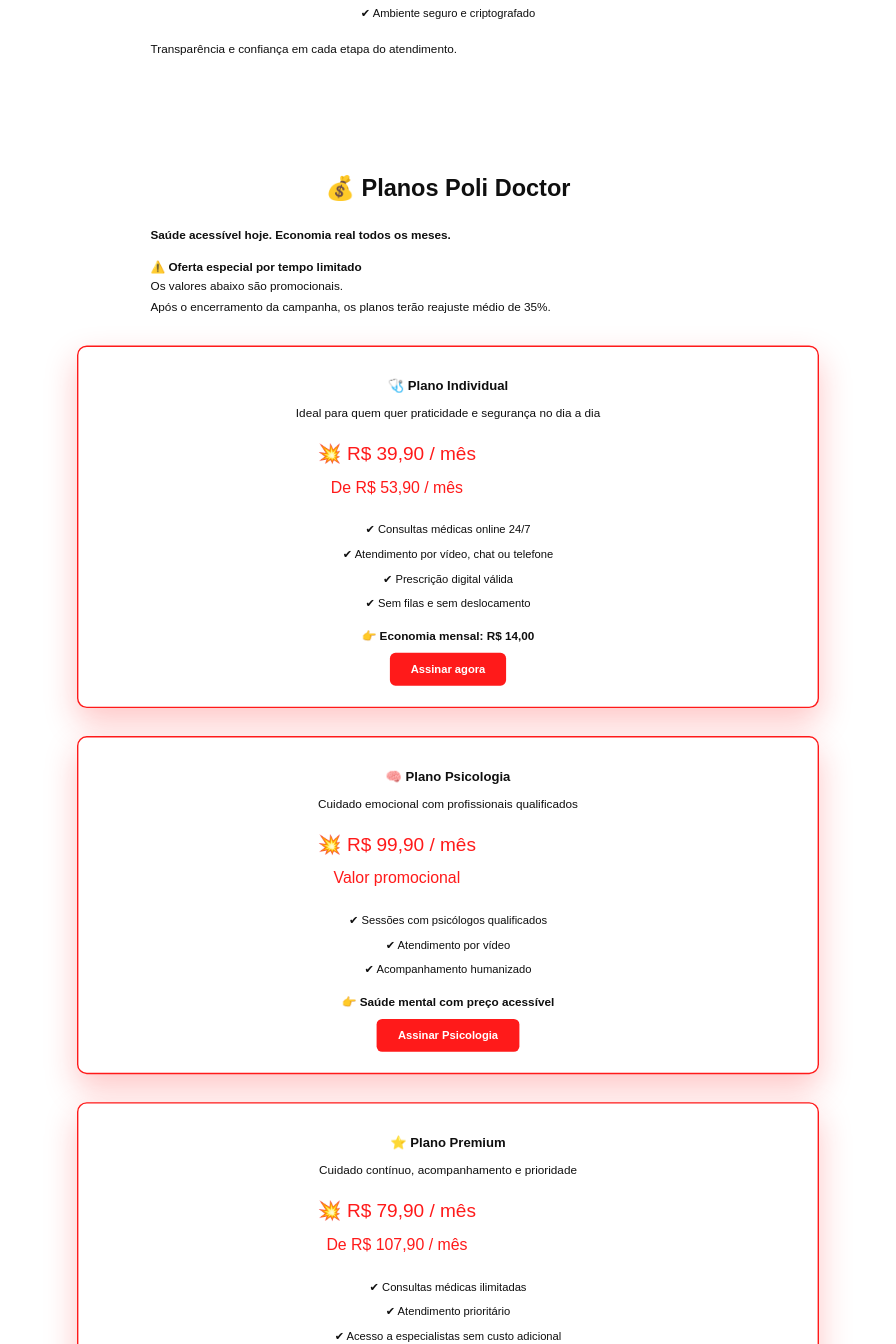
Repository: RenSkywalker/poli-doctor-landing
Page: index.html
These files come from the project's save history. The page is drawn as it stood at one moment and after the next save; the edit follows.
The browser window is 1280 px wide. The pictures show the part of the page from y = 3362 to 5282 px (the page is 7938 px tall before and 8261 px after), at 70% of full size.
A picture or video elsewhere on the page could not be fetched, so the positions and the page height are approximate.

Above is the page before, as saved 2026-01-09 17:44:41.

### index.html
<!DOCTYPE html>
<html lang="pt-BR">
<head>
  <meta charset="UTF-8">
  <title>Poli Doctor | Consulta médica de verdade</title>
  <meta name="viewport" content="width=device-width, initial-scale=1.0">
  <meta name="description" content="Consulta médica de verdade. Sem filas. Sem burocracia. Atendimento humano, rápido e seguro.">

  <link rel="icon" href="favicon.ico">
  <link rel="stylesheet" href="css/style.css">
</head>

<body>

<!-- HERO -->
<header class="hero">
  <div class="container">

    <img src="assets/images/logo-principal.png" alt="Poli Doctor" class="logo-topo">

    <h1>Consulta médica de verdade.<br>Sem filas. Sem burocracia.</h1>

    <p>
      Fale com um médico qualificado em minutos, onde você estiver.<br>
      Atendimento online por vídeo, chat ou telefone — com prescrição digital,
      pedidos de exames e total segurança dos seus dados.
    </p>

    <p><strong>👉 Comece agora e cuide da sua saúde com quem realmente cuida.</strong></p>

    <div class="hero-buttons">
      <a href="#planos" class="btn primary">Comece agora</a>
      <a href="#como-funciona" class="btn outline">Como funciona</a>
    </div>

  </div>
</header>

<section class="imagem-destaque">
  <div class="container imagem-grid">
    <img src="assets/images/medico-consulta.jpg" alt="Consulta médica online">
    <img src="assets/images/telemedicina.jpg" alt="Telemedicina humanizada">
  </div>
</section>


<!-- POR QUE EXISTE -->
<section>
  <div class="container">
    <h2>🚀 Por que a Poli Doctor existe?</h2>

    <p>Porque saúde não pode esperar.</p>
    <p>Porque filas não curam.</p>
    <p>Porque deslocamento não deveria ser um obstáculo.</p>

    <p>
      A Poli Doctor nasceu para simplificar o acesso à saúde, conectando pessoas
      a médicos reais, com rapidez, ética e humanização — usando tecnologia para
      aproximar, não para complicar.
    </p>
  </div>
</section>

<!-- ATENDIMENTO RÁPIDO -->
<section class="beneficios">
  <div class="container">
    <h2>⏱️ Atendimento rápido quando você precisa</h2>

    <ul>
      <li>✔ Consulta médica em até 15 minutos*</li>
      <li>✔ Atendimento 24 horas por dia, 7 dias por semana</li>
      <li>✔ Sem filas, sem espera, sem deslocamento</li>
      <li>✔ Atendimento de onde você estiver</li>
    </ul>

    <small>*Em horário comercial. Fora dele, agendamento no mesmo dia.</small>
  </div>
</section>

<!-- MÉDICOS -->
<section>
  <div class="container">
    <h2>👨‍⚕️ Médicos qualificados. Atendimento humano.</h2>

    <p>
      Aqui você não fala com robôs nem com centrais genéricas.<br>
      Você fala com médicos habilitados, preparados para ouvir,
      orientar, prescrever e acompanhar.
    </p>

    <ul>
      <li>✔ Médicos e especialistas qualificados</li>
      <li>✔ Atendimento ético e responsável</li>
      <li>✔ Prescrição digital válida em todo o Brasil</li>
      <li>✔ Solicitação de exames quando necessário</li>
    </ul>
  </div>
</section>

<!-- COMO FUNCIONA -->
<section id="como-funciona">
  <div class="container">
    <h2>📱 Como funciona?</h2>

    <p><strong>1️⃣ Escolha o atendimento</strong><br>
      Vídeo, chat ou telefone — do jeito mais confortável para você.
    </p>

    <p><strong>2️⃣ Fale com um médico</strong><br>
      Atendimento direto, humano e sem burocracia.
    </p>

    <p><strong>3️⃣ Receba tudo digitalmente</strong><br>
      Receitas, exames e orientações ficam no seu histórico médico online.
    </p>

    <p><strong>Simples. Seguro. E eficiente.</strong></p>
  </div>
</section>

<!-- SEGURANÇA -->
<section class="seguranca">
  <div class="container">
    <h2>🔒 Segurança, privacidade e confiança</h2>

    <p>Sua saúde é coisa séria — e seus dados também.</p>

    <ul>
      <li>✔ Plataforma em conformidade com a LGPD</li>
      <li>✔ Sigilo médico garantido</li>
      <li>✔ Prontuário digital protegido</li>
      <li>✔ Ambiente seguro e criptografado</li>
    </ul>

    <p>Transparência e confiança em cada etapa do atendimento.</p>
  </div>
</section>

<!-- PLANOS -->
<section id="planos" class="planos">
  <div class="container">
    <h2>💰 Planos Poli Doctor</h2>

    <p><strong>Saúde acessível hoje. Economia real todos os meses.</strong></p>

    <p>
      <strong>⚠️ Oferta especial por tempo limitado</strong><br>
      Os valores abaixo são promocionais.<br>
      Após o encerramento da campanha, os planos terão reajuste médio de 35%.
    </p>

    <!-- PLANO INDIVIDUAL -->
    <div class="plano destaque">
      <h3>🩺 Plano Individual</h3>
      <p>Ideal para quem quer praticidade e segurança no dia a dia</p>

      <p class="preco">💥 R$ 39,90 / mês<br><small>De R$ 53,90 / mês</small></p>

      <ul>
        <li>✔ Consultas médicas online 24/7</li>
        <li>✔ Atendimento por vídeo, chat ou telefone</li>
        <li>✔ Prescrição digital válida</li>
        <li>✔ Sem filas e sem deslocamento</li>
      </ul>

      <p><strong>👉 Economia mensal: R$ 14,00</strong></p>

      <a href="#" class="btn primary">Assinar agora</a>
    </div>

    <!-- PLANO PSICOLOGIA -->
    <div class="plano destaque">
      <h3>🧠 Plano Psicologia</h3>
      <p>Cuidado emocional com profissionais qualificados</p>

      <p class="preco">💥 R$ 99,90 / mês<br><small>Valor promocional</small></p>

      <ul>
        <li>✔ Sessões com psicólogos qualificados</li>
        <li>✔ Atendimento por vídeo</li>
        <li>✔ Acompanhamento humanizado</li>
      </ul>

      <p><strong>👉 Saúde mental com preço acessível</strong></p>

      <a href="#" class="btn primary">Assinar Psicologia</a>
    </div>

    <!-- PLANO PREMIUM -->
    <div class="plano destaque">
      <h3>⭐ Plano Premium</h3>
      <p>Cuidado contínuo, acompanhamento e prioridade</p>

      <p class="preco">💥 R$ 79,90 / mês<br><small>De R$ 107,90 / mês</small></p>

      <ul>
        <li>✔ Consultas médicas ilimitadas</li>
        <li>✔ Atendimento prioritário</li>
        <li>✔ Acesso a especialistas sem custo adicional</li>
        <li>✔ Histórico médico digital completo</li>
        <li>✔ Acompanhamento contínuo</li>
      </ul>

      <p><strong>👉 Economia mensal: R$ 28,00</strong></p>

      <a href="#" class="btn primary">Quero o Premium</a>
    </div>

    <!-- PLANO FAMÍLIA -->
    <div class="plano destaque">
      <h3>👨‍👩‍👧 Plano Família</h3>
      <p>Mais saúde para quem cuida de todos</p>

      <p class="preco">💥 R$ 69,90 / mês (até 4 pessoas)<br><small>De R$ 94,90 / mês</small></p>

      <ul>
        <li>✔ Consultas ilimitadas para até 4 pessoas</li>
        <li>✔ Atendimento 24/7</li>
        <li>✔ Prescrição e pedidos de exames digitais</li>
        <li>✔ Mais economia e mais conveniência</li>
      </ul>

      <p><strong>👉 Economia mensal: R$ 25,00</strong></p>

      <a href="#" class="btn primary">Assinar plano família</a>
    </div>

    <!-- PLANO FAMÍLIA PREMIUM -->
    <div class="plano destaque">
      <h3>👑 Plano Família Premium</h3>
      <p>O cuidado completo para toda a família</p>

      <p class="preco">💥 R$ 119,90 / mês (até 4 pessoas)<br><small>De R$ 161,90 / mês</small></p>

      <ul>
        <li>✔ Tudo do Plano Família</li>
        <li>✔ Atendimento prioritário</li>
        <li>✔ Especialistas incluídos</li>
        <li>✔ Histórico médico individual por membro</li>
        <li>✔ Cuidado integral e contínuo</li>
      </ul>

      <p><strong>👉 Economia mensal: R$ 42,00</strong></p>

      <a href="#" class="btn primary">Quero o plano completo</a>
    </div>

    <!-- TABELA COMPARATIVA -->
    <h3>📊 Comparação clara de valor</h3>

    <table border="1" cellpadding="10" cellspacing="0" width="100%">
      <tr>
        <th>Plano</th>
        <th>Valor Promocional</th>
        <th>Valor Fora da Oferta</th>
        <th>Economia</th>
      </tr>
      <tr>
        <td>Individual</td>
        <td>R$ 39,90</td>
        <td>R$ 53,90</td>
        <td>R$ 14,00</td>
      </tr>
      <tr>
        <td>Psicologia</td>
        <td>R$ 99,90</td>
        <td>—</td>
        <td>—</td>
      </tr>
      <tr>
        <td>Premium</td>
        <td>R$ 79,90</td>
        <td>R$ 107,90</td>
        <td>R$ 28,00</td>
      </tr>
      <tr>
        <td>Família</td>
        <td>R$ 69,90</td>
        <td>R$ 94,90</td>
        <td>R$ 25,00</td>
      </tr>
      <tr>
        <td>Família Premium</td>
        <td>R$ 119,90</td>
        <td>R$ 161,90</td>
        <td>R$ 42,00</td>
      </tr>
    </table>

    <p><strong>🔥 Atenção: condição por tempo limitado</strong><br>
      Ao encerrar esta campanha, os planos retornam ao valor regular com aumento médio de 35%.
    </p>

    <p><strong>👉 Garanta agora seu plano Poli Doctor e trave o valor promocional.</strong></p>

  </div>
</section>

<!-- CTA FINAL -->
<section class="cta-final">
  <div class="container">
    <h2>📣 Sua saúde não pode esperar.<br>Seu desconto também não.</h2>

    <a href="#planos" class="btn primary large">Assinar agora com desconto</a>

    <p>
      👉 Falar com um médico em minutos<br>
      👉 Travar o valor promocional hoje
    </p>
  </div>
</section>

<!-- FOOTER -->
<footer>
  <img src="assets/images/logo-principal.png" alt="Poli Doctor" class="logo-footer">

  <p>© 2026 Poli Doctor. Todos os direitos reservados.</p>

  <a href="politica-de-privacidade.html">Política de Privacidade</a> |
  <a href="termos-de-uso.html">Termos de Uso</a>

  <small>Este serviço não substitui atendimento presencial em casos de emergência.</small>
</footer>

<script src="js/main.js"></script>
</body>
</html>

### css/style.css
:root {
  --vermelho: #ff1a1a;
  --preto: #0f0f0f;
  --cinza-escuro: #1c1c1c;
  --cinza-claro: #fafafa;
  --branco: #ffffff;
}

/* RESET */
* {
  margin: 0;
  padding: 0;
  box-sizing: border-box;
  font-family: Arial, Helvetica, sans-serif;
}

body {
  background: var(--branco);
  color: var(--preto);
  line-height: 1.7;
  position: relative;
}

/* MARCA D'ÁGUA */
body::before {
  content: "";
  position: fixed;
  inset: 0;
  background: url("../assets/images/marca-dagua.png") no-repeat center;
  background-size: 600px;
  opacity: 0.03;
  pointer-events: none;
}

/* CONTAINER */
.container {
  max-width: 1100px;
  margin: auto;
  padding: 70px 20px;
}

/* ================= HERO ================= */
.hero {
  background: var(--preto);
  color: var(--branco);
  text-align: center;
  position: relative;
}

.logo-topo {
  max-width: 240px;
  margin-bottom: 35px;
}

.hero h1 {
  font-size: 2.7rem;
  margin-bottom: 20px;
}

.hero p {
  max-width: 820px;
  margin: 0 auto 20px;
  font-size: 1.1rem;
}

/* BOTÕES */
.hero-buttons {
  display: flex;
  justify-content: center;
  gap: 18px;
  margin-top: 35px;
}

.btn {
  padding: 15px 30px;
  border-radius: 8px;
  font-weight: bold;
  text-decoration: none;
  transition: 0.3s;
  margin-top: 20px;
}

.primary {
  background: var(--vermelho);
  color: var(--branco);
}

.primary:hover {
  transform: translateY(-2px);
  opacity: 0.9;
}

.outline {
  border: 2px solid var(--branco);
  color: var(--branco);
}

.imagem-destaque {
  background: #ffffff;
}

.imagem-grid {
  display: grid;
  grid-template-columns: repeat(auto-fit, minmax(280px, 1fr));
  gap: 30px;
  align-items: center;
}

.imagem-grid img {
  width: 100%;
  border-radius: 14px;
  box-shadow: 0 15px 40px rgba(0,0,0,0.1);
}

/* ================= SEÇÕES GERAIS ================= */
section p {
  max-width: 850px;
  margin: 0 auto 16px;
  font-size: 1.05rem;
}

.text-destaque {
  font-size: 1.15rem;
  font-weight: bold;
  margin: 30px 0;
  text-align: center;
}

/* TÍTULOS */
h2 {
  text-align: center;
  margin-bottom: 25px;
  font-size: 2.1rem;
}

h3 {
  margin-bottom: 10px;
}

/* ================= BENEFÍCIOS ================= */
.beneficios {
  background: #ffffff;
  border-top: 1px solid #ffffff;
  border-bottom: 1px solid #ffffff;
}

.beneficios ul {
  list-style: none;
  text-align: center;
}

.beneficios li {
  margin-bottom: 10px;
  font-weight: 500;
}

/* ================= LISTAS ================= */
ul {
  margin: 25px 0;
  padding: 0;
}

li {
  margin-bottom: 8px;
}

/* ================= COMO FUNCIONA ================= */
.steps {
  display: flex;
  justify-content: space-around;
  gap: 30px;
}

.step {
  text-align: center;
}

.step span {
  background: var(--vermelho);
  color: var(--branco);
  width: 45px;
  height: 45px;
  display: inline-flex;
  align-items: center;
  justify-content: center;
  border-radius: 50%;
  margin-bottom: 10px;
  font-weight: bold;
}

/* ================= SEGURANÇA ================= */
.seguranca ul {
  list-style: none;
  text-align: center;
}

.seguranca li {
  margin-bottom: 10px;
}

/* ================= PLANOS ================= */
.plano {
  border: 2px solid var(--vermelho);
  border-radius: 14px;
  padding: 40px 30px;
  text-align: center;
  background: var(--branco);
  margin: 40px 0;
  transition: 0.3s;
}

.plano:hover {
  transform: translateY(-4px);
}

.plano.destaque {
  border: 2px solid var(--vermelho);
  box-shadow: 0 20px 45px rgba(255, 26, 26, 0.25);
}

.preco {
  font-size: 1.7rem;
  color: var(--vermelho);
  margin: 20px 0;
}

.plano ul {
  list-style: none;
  margin-bottom: 20px;
}

.plano .btn {
  width: 100%;
  margin-top: 30px;
}

.plano p {
  margin-bottom: 18px;
}


/* ================= TABELA ================= */
table {
  width: 100%;
  border-collapse: collapse;
  margin-top: 35px;
  font-size: 0.95rem;
}

table th {
  background: var(--preto);
  color: var(--branco);
  padding: 14px;
}

table td {
  padding: 14px;
  text-align: center;
  border-bottom: 1px solid #eee;
}

table tr:nth-child(even) {
  background: #fafafa;
}

table tr:hover {
  background: #f1f1f1;
}

/* ================= CTA FINAL ================= */
.cta-final {
  background: var(--preto);
  color: var(--branco);
  text-align: center;
}

.cta-final p {
  margin-top: 20px;
  font-size: 1.05rem;
}

.large {
  font-size: 1.2rem;
}

/* ================= FOOTER ================= */
footer {
  background: var(--cinza-escuro);
  color: var(--branco);
  text-align: center;
  padding: 50px 20px;
}

.logo-footer {
  max-width: 160px;
  margin-bottom: 15px;
}

footer a {
  color: var(--branco);
  margin: 0 5px;
  text-decoration: none;
}

footer small {
  display: block;
  margin-top: 12px;
  font-size: 0.85rem;
}

/* ================= MOBILE ================= */
@media (max-width: 768px) {
  .steps {
    flex-direction: column;
  }

  .hero h1 {
    font-size: 2rem;
  }

  .hero-buttons {
    flex-direction: column;
  }
}

### js/main.js
// JS simples apenas para evolução futura
console.log("Poli Doctor carregado com sucesso!");

After the next save:
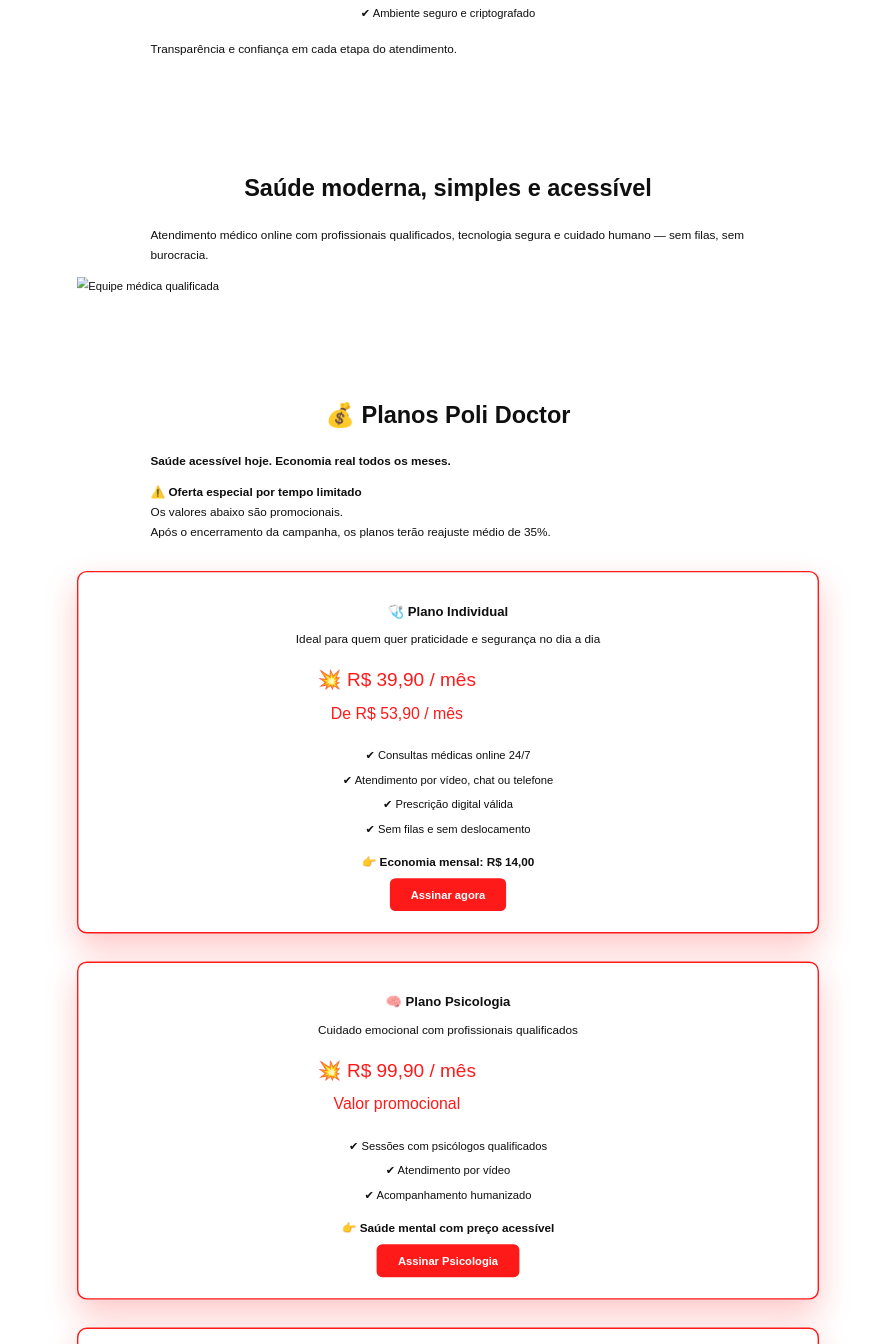
Not found: assets/images/equipe-medica.jpg
Saved 62 s later.
--- a/index.html
+++ b/index.html
@@ -136,6 +136,20 @@
   </div>
 </section>
 
+<section class="imagem-contexto">
+  <div class="container imagem-contexto-grid">
+    <div>
+      <h2>Saúde moderna, simples e acessível</h2>
+      <p>
+        Atendimento médico online com profissionais qualificados,
+        tecnologia segura e cuidado humano — sem filas, sem burocracia.
+      </p>
+    </div>
+
+    <img src="assets/images/equipe-medica.jpg" alt="Equipe médica qualificada">
+  </div>
+</section>
+
 <!-- PLANOS -->
 <section id="planos" class="planos">
   <div class="container">
